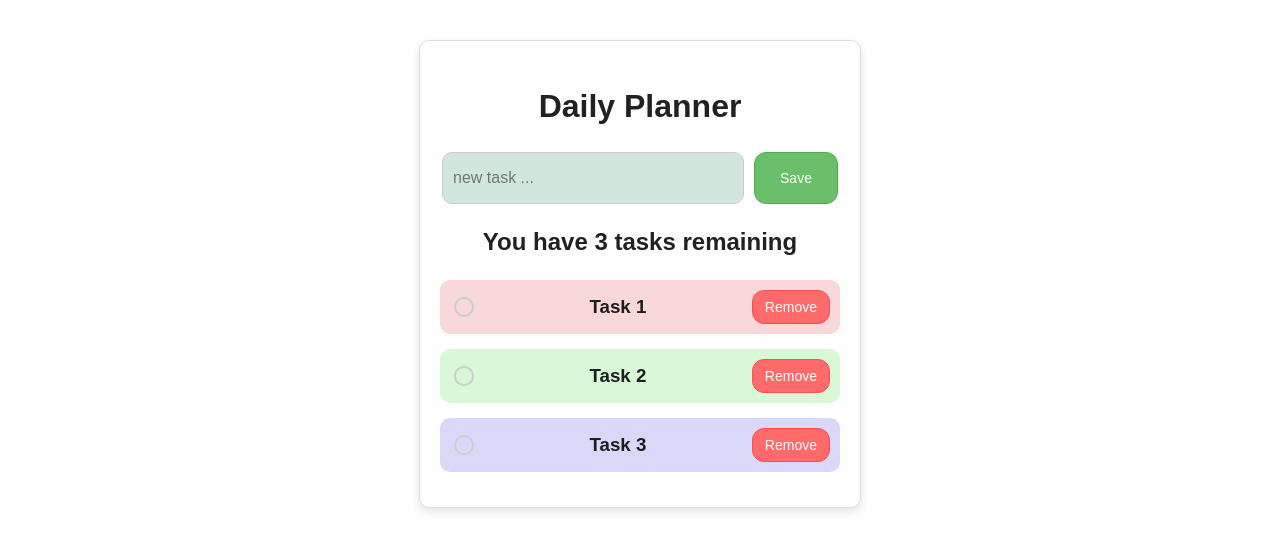
Repository: Zalida-Khan/Frontend-Lab4
Page: /
An editor plug-in stored every save of this project. The page is shown before and after the next save, followed by the edit.
The browser window is 1280 px wide. The pictures show the whole page.
The project was rebuilt for these pictures with package versions that can differ from the ones it lists, and the page was loaded fresh each time. Also part of the build but not shown: vite.config.js.

Above is the page before, as saved 2024-10-22 00:23:12.

After the next save:
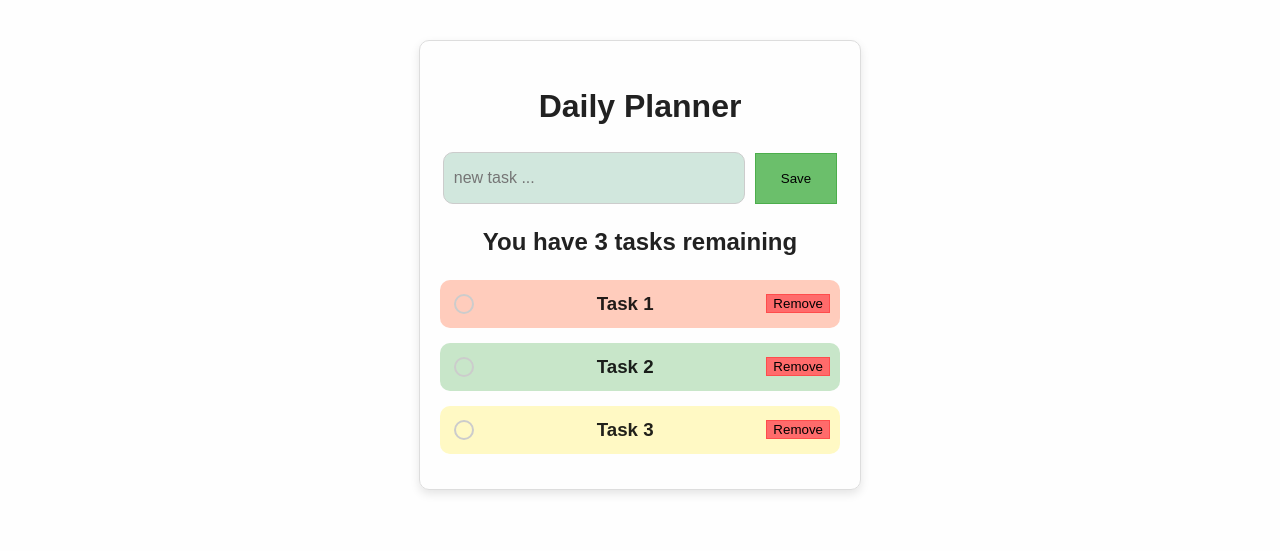
Saved 83 s later.
--- a/src/App.css
+++ b/src/App.css
@@ -26,31 +26,14 @@
   margin-bottom: 15px;
   padding: 10px;
   border-radius: 10px;
+  background-color: #ffccbc; /* Default color */
 }
 
-.task:nth-child(6n+1) {
-  background-color: #f8d8d9;
-}
-
-.task:nth-child(6n+2) {
-  background-color: #d8f8d8;
-}
-
-.task:nth-child(6n+3) {
-  background-color: #d9d8f8;
-}
-
-.task:nth-child(6n+4) {
-  background-color: #f8e1d8;
-}
-
-.task:nth-child(6n+5) {
-  background-color: #e1f8d8;
-}
-
-.task:nth-child(6n) {
-  background-color: #d8e1f8;
-}
+.task:nth-child(6n+2) { background-color: #c8e6c9; } /* Pastel Green */
+.task:nth-child(6n+3) { background-color: #fff9c4; } /* Pastel Yellow */
+.task:nth-child(6n+4) { background-color: #ffcdd2; } /* Pastel Red */
+.task:nth-child(6n+5) { background-color: #e1bee7; } /* Pastel Purple */
+.task:nth-child(6n)   { background-color: #bbdefb; } /* Pastel Blue */
 
 .task h3 {
   margin: 0;
@@ -68,10 +51,6 @@
   height: 20px;
   border-radius: 50%;
   border: 2px solid #ccc;
-  background-color: transparent;
-  display: flex;
-  align-items: center;
-  justify-content: center;
   cursor: pointer;
   margin-right: 10px;
 }
@@ -86,15 +65,18 @@
   color: white;
 }
 
-.delete-btn {
+.btn {
   padding: 8px 12px;
   border-radius: 12px;
-  background-color: #ff6b6b;
-  border: 1px solid #ff4c4c;
   color: white;
   cursor: pointer;
   font-size: 14px;
   transition: background-color 0.3s, transform 0.2s;
+}
+
+.delete-btn {
+  background-color: #ff6b6b;
+  border: 1px solid #ff4c4c;
 }
 
 .delete-btn:hover {
@@ -104,13 +86,8 @@
 
 .save-btn {
   padding: 17px 25px;
-  border-radius: 12px;
   background-color: #6bbf6b;
   border: 1px solid #4cae4c;
-  color: white;
-  cursor: pointer;
-  font-size: 14px;
-  transition: background-color 0.3s, transform 0.2s;
 }
 
 .save-btn:hover {
@@ -127,7 +104,6 @@
   margin-right: 10px;
   border: 1px solid #ccc;
   font-size: 16px;
-  outline: none;
   color: black;
   transition: border-color 0.3s;
 }
